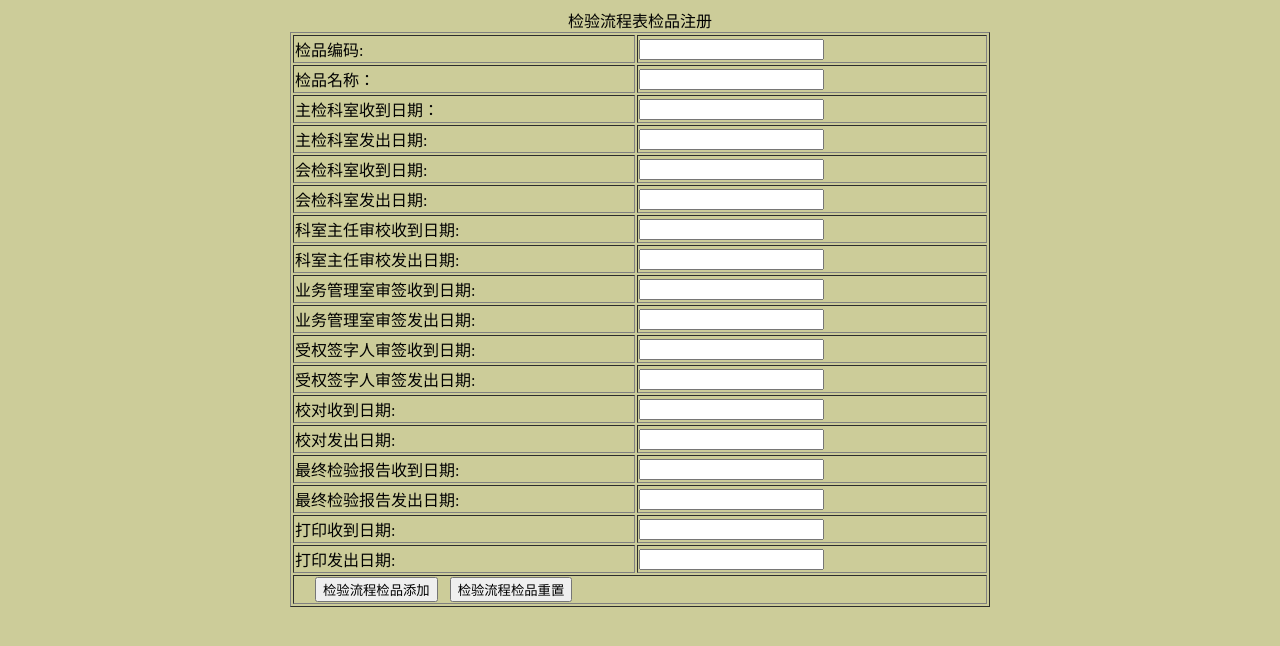
Repository: Shaoxubao/Java
Page: http://localhost/msm/jsp/sample/add_sampleflow.jsp
The author's editor kept a copy of each file at every save. The page is drawn from the files as they stood at one save, then again after the next save.
The browser window is 1280 px wide. The pictures show the whole page.
The page is served by Tomcat 9. Nobody is signed in. The application's start-up code is not run. The template is opened directly, without the code that normally fills it, so the values that code supplies are empty.

Above is the page before, as saved 2015-06-10 08:37:28.

After the next save:
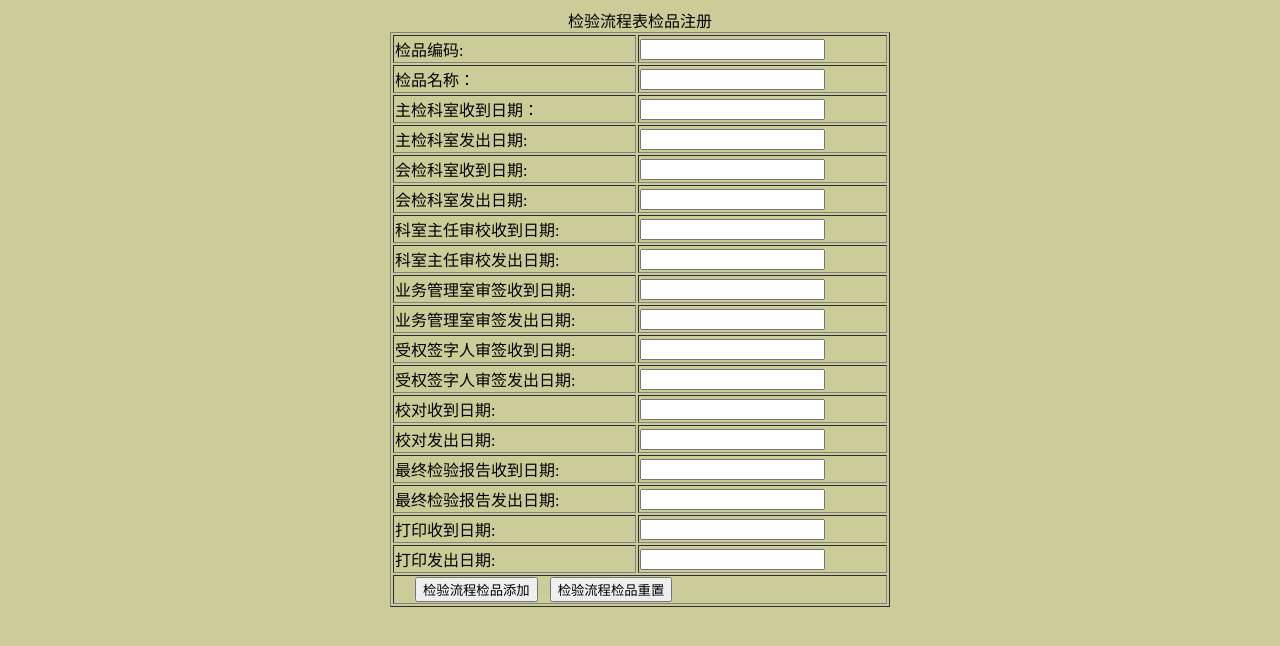
Saved 110 s later.
--- a/msm/WebContent/jsp/sample/add_sampleflow.jsp
+++ b/msm/WebContent/jsp/sample/add_sampleflow.jsp
@@ -10,7 +10,7 @@
 <body bgcolor="#CCCC99">
     <div align="center">检验流程表检品注册</div>
     <sf:form method="post" modelAttribute="sampleFlow">
-        <table align="center" width="700" border="1">
+        <table align="center" width="500" border="1">
             <tr>
                 <td>检品编码:</td><td><sf:input path="sampleNo" /><sf:errors path="sampleNo"/></td>
             </tr>
